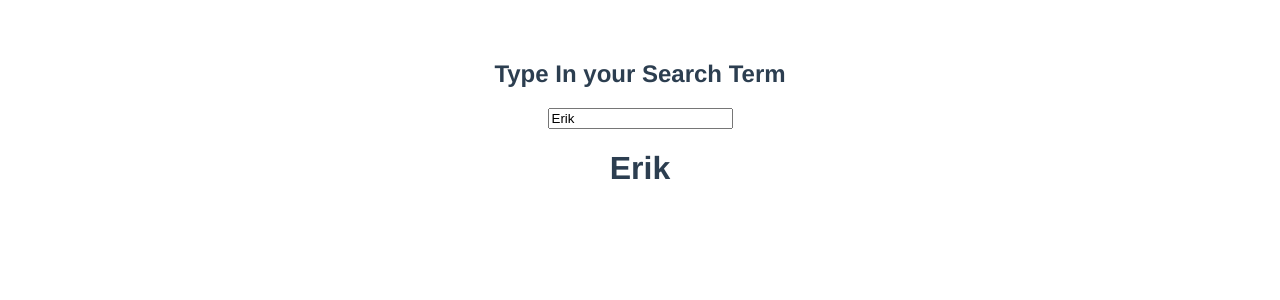
Repository: shadowmare358/vueVinCheck
Page: /
These files come from the project's save history. The page is drawn as it stood at one moment and after the next save; the edit follows.
The browser window is 1280 px wide. The pictures show the whole page.
The project was rebuilt for these pictures with package versions that can differ from the ones it lists, and the page was loaded fresh each time.

Above is the page before, as saved 2019-10-23 21:40:38.

### public/index.html
<!DOCTYPE html>
<html lang="en">
  <head>
    <meta charset="utf-8">
    <meta http-equiv="X-UA-Compatible" content="IE=edge">
    <meta name="viewport" content="width=device-width,initial-scale=1.0">
    <link rel="icon" href="<%= BASE_URL %>favicon.ico">
    <title>vue-carconfig</title>
  </head>
  <body>
    <noscript>
      <strong>We're sorry but vue-carconfig doesn't work properly without JavaScript enabled. Please enable it to continue.</strong>
    </noscript>
    <div id="app"></div>
    <!-- built files will be auto injected -->
  </body>
</html>

### src/App.vue
<template>
  <div id="app">
    <search></search>
  </div>
</template>

<script>
import Search from './components/Search.vue'

export default {
  name: 'app',
  components: {
    Search
  }
}

</script>

<style>
#app {
  font-family: 'Avenir', Helvetica, Arial, sans-serif;
  -webkit-font-smoothing: antialiased;
  -moz-osx-font-smoothing: grayscale;
  text-align: center;
  color: #2c3e50;
  margin-top: 60px;
}
</style>

### src/components/Search.vue
<template>
    <div class="search">
        <h2>Type In your Search Term</h2>
    <form v-on:submit.prevent="getResult(query)">
        <input type="text" v-model="query"/>
        <h1>{{query}}</h1>
    </form>
    </div>
</template>

<script>
    export default {
        name: "search",
        data(){
            return{
                msg: "Search",
                query: "Erik"
            }
        },
        methods: {
           async getResult(){
               const query = "Mars";
              const response = await fetch('https://images-api.nasa.gov/search?q=' + query + '&media_type=image',{
                  credentials: "same-origin",
               mode: 'cors',
                header: {
            'Access-Control-Allow-Origin':'*',
                }
               })
               const myJson = await response.json();
              alert(JSON.stringify(myJson.collection.items));
            }
        }
    }
</script>

<style lang="scss" scoped>

</style>

Loaded but not shown: src/main.js (common file)

After the next save:
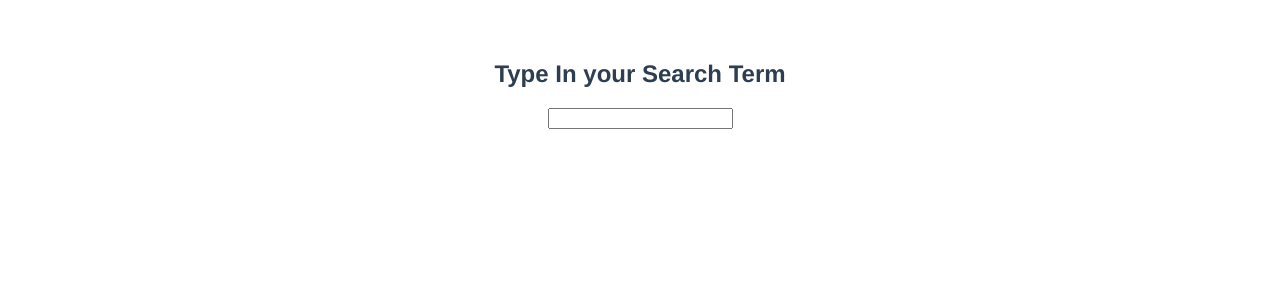
Saved 42 s later.
--- a/src/components/Search.vue
+++ b/src/components/Search.vue
@@ -14,7 +14,8 @@
         data(){
             return{
                 msg: "Search",
-                query: "Erik"
+                query: "Erik",
+                results
             }
         },
         methods: {

After the save that followed:
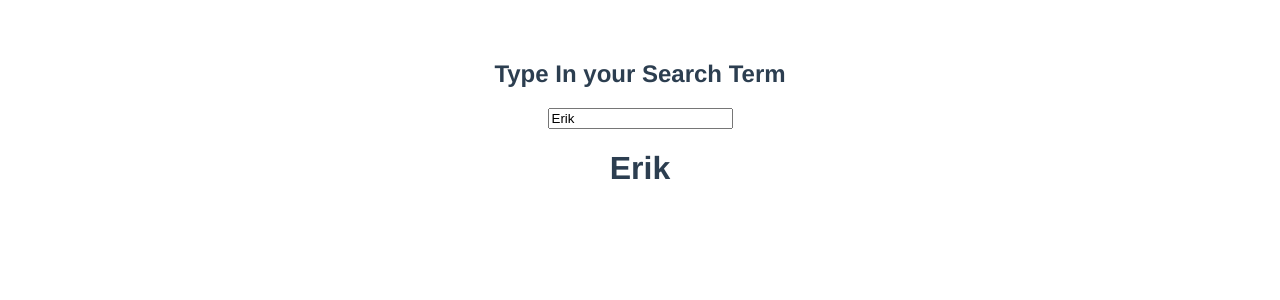
Saved 4 s later.
--- a/src/components/Search.vue
+++ b/src/components/Search.vue
@@ -15,7 +15,7 @@
             return{
                 msg: "Search",
                 query: "Erik",
-                results
+                results: ''
             }
         },
         methods: {
